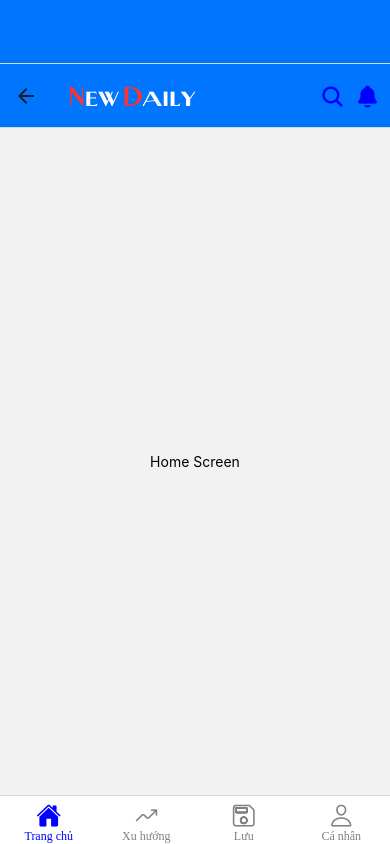
Repository: Quynhhuong150322/New_Daily
Screen: /BottomTab
These files come from the project's save history. The screen is drawn as it stood at one moment and after the next save; the edit follows.
The app was drawn by React Native's web renderer in a window 390 px wide. The project was rebuilt for these pictures with package versions that can differ from the ones it lists, and the page was loaded fresh each time. Also part of the build but not shown: firebase.js, screens/Login.js, screens/Signup.js, screens/Trending.js, screens/Save.js, components/Divider.js, components/Tab.js, screens/Profile.js and 4 more.

Above is the screen before, as saved 2023-12-20 06:16:44.

### App.js
import React from "react";
import {  StyleSheet, View } from "react-native";
import AppNavigator from "./navigation/AppNavigator";


export default function App() {
  return (
    <View style={styles.container}>
      <AppNavigator />
    </View>
  );
}

const styles = StyleSheet.create({
  container: {
    flex: 1,
  },
});

### navigation/AppNavigator.js
import { NavigationContainer } from '@react-navigation/native';
import { createNativeStackNavigator } from "@react-navigation/native-stack"
import Login from "../screens/Login";
import Signup from "../screens/Signup";
import  Welcome from "../screens/Welcome";
import  Home from "../screens/Home";
import  BottomTab from "../screens/ButtomTab";
import Trending from '../screens/Trending'
import Save from '../screens/Save'
import Profile from '../screens/Profile'
import Setting from '../screens/Setting'
import Dark_Mode from '../screens/Dark_Mode'
import Following from '../screens/Following'
import Notification from '../screens/Following'
import Privacy_Policy from '../screens/Following'
import Read_Later from '../screens/Following'
import Read_Recently from '../screens/Dark_Mode'
import Saved from '../screens/Following'
import Terms_Of_Use from '../screens/Following'
import Reading_Mode from '../screens/Reading_Mode'

const Stack = createNativeStackNavigator();


export default function AppNavigator() {
  return (
    <NavigationContainer>
      <Stack.Navigator
        initialRouteName='Welcome'
      >
        <Stack.Screen
          name="Welcome"
          component={Welcome}
          options={{
            headerShown: false
          }}
        />
        <Stack.Screen
          name="Login"
          component={Login}
          options={{
            headerShown: false
          }}
        />
        <Stack.Screen
          name="Signup"
          component={Signup}
          options={{
            headerShown: false
          }}
        />
        <Stack.Screen
          name="BottomTab"
          component={BottomTab}
          options={{ headerShown: false }}
        />
        <Stack.Screen
          name="Home"
          component={Home}
          options={{ headerShown: false }}
        />
        <Stack.Screen
          name="Trending"
          component={Trending}
        />
        <Stack.Screen
          name="Save"
          component={Save}
        />
        <Stack.Screen
          name="Profile"
          component={Profile}
        />
        <Stack.Screen
          name="Setting"
          component={Setting}
        />
        <Stack.Screen
          name="Dark_Mode"
          component={Dark_Mode}
        />
        <Stack.Screen
          name="Following"
          component={Following}
        />
        <Stack.Screen
          name="Notification"
          component={Notification}
        />
        <Stack.Screen
          name="Privacy_Policy"
          component={Privacy_Policy}
        />
        <Stack.Screen
          name="Read_Later"
          component={Read_Later}
        />
        <Stack.Screen
          name="Read_Recently"
          component={Read_Recently}
        />
        <Stack.Screen
          name="Saved"
          component={Saved}
        />
        <Stack.Screen
          name="Terms_Of_Use"
          component={Terms_Of_Use}
        />
        <Stack.Screen
          name="Reading_Mode"
          component={Reading_Mode}
        />

      </Stack.Navigator>
    </NavigationContainer>
  );
}

### screens/Welcome.js
import { View, Text, Pressable, Image } from 'react-native'
import React from 'react'
import { LinearGradient } from "expo-linear-gradient";
import colors from '../constants/colors';
import Button from '../components/Button';

const Welcome = ({ navigation }) => {

    return (
        <LinearGradient
            style={{
                flex: 1
            }}
            colors={[colors.Xanh_nhat, colors.Xanh_nhat]}
        >
            <View style={{ flex: 1 }}>
                <View>
                    <Image
                        source={require("../assets/Loading.png")}
                        style={{
                            height: 500,
                            width: 500,
                            position: "absolute",
                            top: 5,
                            right: -50,
                        }}
                    />

                    {/* <Image
                        source={require("../assets/Logo-4.png")}
                        style={{
                            height: 100,
                            width: 100,
                            borderRadius: 20,
                            position: "absolute",
                            top: -30,
                            left: 100,
                            transform: [
                                { translateX: 50 },
                                { translateY: 50 },
                                { rotate: "-5deg" }
                            ]
                        }}
                    /> */}
                </View>

                {/* content  */}

                <View style={{
                    paddingHorizontal: 22,
                    position: "absolute",
                    top: 400,
                    width: "100%"
                }}>
                    <Text style={{
                        fontSize: 25,
                        fontWeight: 1000,
                        color: colors.Xam1,
                        top: 30,
                        fontFamily: 'OpenSans-Regular',
                    }}>Đọc báo chỉ với một ứng dụng</Text>
                    <Text style={{
                        fontSize: 40,
                        fontWeight: 800,
                        color: colors.Den,
                        fontFamily: 'Helvetica-Bold',
                        top: 40,
                    }}>New Daily</Text>

                    <View style={{ marginVertical: 22 }}>
                        <Text style={{
                            fontSize: 16,
                            color: colors.Xam1,
                            marginVertical: 4,
                            top: 40,
                            fontFamily: 'OpenSans-Regular',
                        }}>Đọc tin tức mới nhất một cách mượt mà và nhanh chóng vào thời gian rảnh</Text>

                    </View>

                    <Button
                        title= {
                            <Text style={{
                                color: colors.Trang, fontSize: 25,
                                fontFamily: 'Helvetica-Bold',
                                }}>Đọc ngay
                            </Text>
                        }
                        onPress={() => navigation.navigate("Signup")}
                        style={{
                            marginTop: 22,
                            width: "100%",
                            backgroundColor: colors.Xanh_dam,
                            top: 30,
                        }}
                    />

                    <View style={{
                        flexDirection: "row",
                        marginTop: 12,
                        justifyContent: "center",
                        top: 50
                    }}>
                        <Text style={{
                            fontSize: 16,
                            color: colors.Den
                        }}>Bạn đã có tài khoản chưa?</Text>
                        <Pressable
                            onPress={() => navigation.navigate("Login")}
                        >
                            <Text style={{
                                fontSize: 16,
                                color: colors.Xanh_dam,
                                fontWeight: "bold",
                                marginLeft: 4
                            }}>Đăng nhập</Text>
                        </Pressable>

                    </View>
                </View>
            </View>
        </LinearGradient>
    )
}

export default Welcome

### screens/Home.js
import React from 'react';
import { createStackNavigator } from '@react-navigation/stack';
import { View, Text, Image, TouchableOpacity } from 'react-native';
import Ionicons from 'react-native-vector-icons/Ionicons';

const HomeStack = createStackNavigator();

function LogoTitle() {
    return (
        <Image
            style={{ width: 128, height: 20, marginLeft:0}}
            source={require('../assets/Logo.png')}
        />
    );
}

function HomeScreen() {
    return (
        <View style={{ flex: 1, justifyContent: 'center', alignItems: 'center' }}>
            <Text>Home Screen</Text>
        </View>
    );
}

const Home = () => {
    return (
        <HomeStack.Navigator>
            <HomeStack.Screen
                name="HomeScreen"
                component={HomeScreen}
                options={{
                    headerTitle: props => <LogoTitle {...props} />,
                    headerRight: () => (
                        <View style={{ flexDirection: 'row', marginRight: 10 }}>
                            <TouchableOpacity onPress={() => {/* handle search press */}}>
                                <Ionicons name="search" size={25} color="blue" />
                            </TouchableOpacity>
                            <TouchableOpacity onPress={() => {/* handle notification press */}} style={{ marginLeft: 10 }}>
                                <Ionicons name="notifications" size={25} color="blue" />
                            </TouchableOpacity>
                        </View>
                    ),
                    headerStyle: {
                        backgroundColor: '#0075FF',
                    },
                }}
            />
        </HomeStack.Navigator>
    );
}

export default Home;

### screens/ButtomTab.js
import * as React from "react";
import { createBottomTabNavigator } from "@react-navigation/bottom-tabs";
import Ionicons from "react-native-vector-icons/Ionicons";
import Home from './Home'
import Trending from './Trending'
import Save from './Save'
import Profile from './Profile'

const Tab = createBottomTabNavigator();

export default function ButtomTab() {
    return (
        <Tab.Navigator
        screenOptions={({ route }) => ({
            tabBarIcon: ({ focused, color, size }) => {
            let iconName;

            if (route.name === "Trang chủ") {
                iconName = focused ? "home" : "home-outline";
            } else if (route.name === "Xu hướng") {
                iconName = focused ? "trending-up" : "trending-up-outline";
            } else if (route.name === "Lưu") {
                iconName = focused ? "save" : "save-outline";
            } else if (route.name === "Cá nhân") {
                iconName = focused ? "person" : "person-outline";
            }

            return <Ionicons name={iconName} size={size} color={color} style={{ marginTop: 5 }}/>;
            },
        })}
        tabBarOptions={{
            activeTintColor: "blue",
            inactiveTintColor: "gray",
            labelStyle: {
                fontSize: 12,
                fontFamily: 'OpenSans-Regular',
            },
        }}
        >
            <Tab.Screen
                name="Trang chủ"
                component={Home}
                options={{
                    // title: 'NEWDAILY',
                    headerStyle: {
                    backgroundColor: '#0075FF',

                    },
                    headerTitleStyle: {
                    color: 'white',
                    fontSize: 16,
                    paddingTop: 100,
                    marginLeft: 0
                    },
                    // headerTitleAlign: 'center',
                }}
            />
            <Tab.Screen name="Xu hướng" component={Trending} />
            <Tab.Screen name="Lưu" component={Save} />
            <Tab.Screen name="Cá nhân" component={Profile} />
        </Tab.Navigator>
    );
}

### constants/colors.js
const colors = {
    Xanh_nhat: "#D0ECEF",
    Xanh_dam: "#0075FF",
    Do: "#FF0000",
    Xam1: "#666666",
    Xam2: "#9E9C9C",
    Xam3: "#C0C0C0",
    Den: "#222222",
    Trang: "#FFFFFF",

}

export default colors;

### components/Button.js
import { Text, TouchableOpacity, StyleSheet } from 'react-native'
import React from 'react'
import colors from '../constants/colors'

const Button = (props) => {
    const filledBgColor = props.color || colors.primary;
    const outlinedColor = colors.white;
    const bgColor = props.filled ? filledBgColor : outlinedColor;
    const textColor = props.filled ? colors.white : colors.primary;

    return (
        <TouchableOpacity
            style={{
                ...styles.button,
                ...{ backgroundColor: bgColor },
                ...props.style
            }}
            onPress={props.onPress}
        >
            <Text style={{ fontSize: 20, ... { color: textColor } }}>{props.title}</Text>
        </TouchableOpacity>
    )
}

const styles = StyleSheet.create({
    button: {
        paddingBottom: 16,
        paddingVertical: 10,
        borderColor: colors.Xanh_dam,
        borderWidth: 2,
        borderRadius: 12,
        alignItems: 'center',
        justifyContent: 'center'
    }
})
export default Button

After the next save:
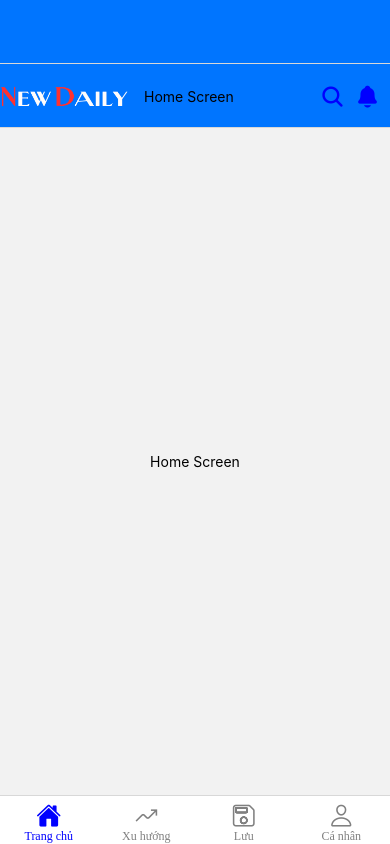
Saved 2 min 2 s later.
--- a/screens/Home.js
+++ b/screens/Home.js
@@ -29,7 +29,8 @@
                 name="HomeScreen"
                 component={HomeScreen}
                 options={{
-                    headerTitle: props => <LogoTitle {...props} />,
+                    headerLeft: props => <LogoTitle {...props} />, // Chuyển LogoTitle sang headerLeft
+                    headerTitle: props => <Text>Home Screen</Text>, // Đặt tiêu đề tại đây
                     headerRight: () => (
                         <View style={{ flexDirection: 'row', marginRight: 10 }}>
                             <TouchableOpacity onPress={() => {/* handle search press */}}>
